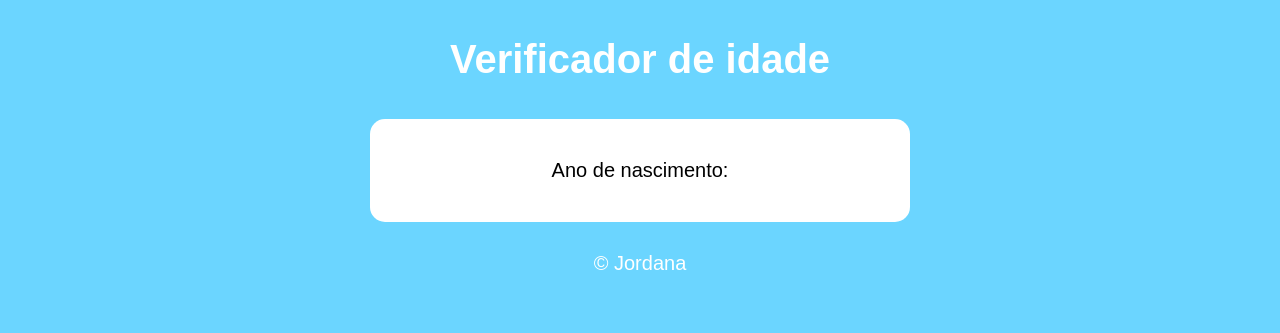
Repository: Iamjordana/Curso-JavaScript
Page: desafio/d02/index.html
These files come from the project's save history. The page is drawn as it stood at one moment and after a run of saves; the edit follows.
The browser window is 1280 px wide. The pictures show the whole page.

Above is the page before, as saved 2025-02-20 13:37:45.

### desafio/d02/index.html
<!DOCTYPE html>
<html lang="pt-br">
<head>
    <meta charset="UTF-8">
    <meta name="viewport" content="width=device-width, initial-scale=1.0">
    <title>Modelo Exercicio 2</title>
    <link rel="stylesheet" href="style.css">
</head>
<body>
    <header>
        <h1>Verificador de idade</h1>
    </header>
    <section>
        <div>
           <p>Ano de nascimento:</p>

        </div>
        <div id="res">

        </div>
    </section>
    <footer>
        <p>&copy; Jordana</p>
    </footer>
    <script src="script.js"></script>
</body>
</html>

### desafio/d02/style.css
@charset "UTF-8";

body {
  font: normal 15pt Arial, sans-serif;
  background-color: #6bd5ff;
  margin: 0;
  padding: 0;
}

header {
  color: white;
  text-align: center;
  padding: 10px 0;
}

div {
  margin: 0 auto;
  width: 80%;
  text-align: center;
}

section {
  background-color: white;
  padding: 20px;
  border-radius: 15px;
  width: 500px;
  margin: auto;
}

footer {
  color: #ffffff;
  text-align: center;
  padding: 10px 0;
  border-radius: 15px;
}

Loaded but not shown: desafio/d02/script.js (no copy from this time; the picture is the same without it)

After the next 3 saves:
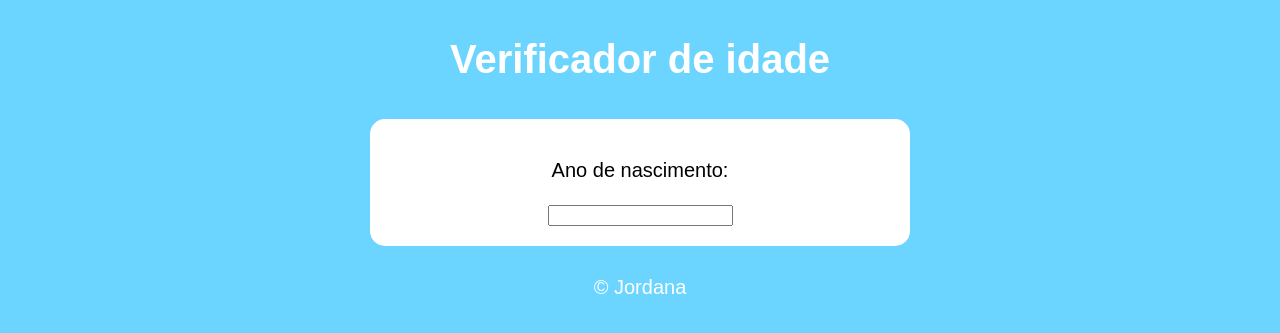
The 3 saves are shown as one change because they came seconds apart.
The last was saved 9 s later.
--- a/desafio/d02/index.html
+++ b/desafio/d02/index.html
@@ -13,7 +13,7 @@
     <section>
         <div>
            <p>Ano de nascimento:</p>
-
+           <input type="number">
         </div>
         <div id="res">
 
